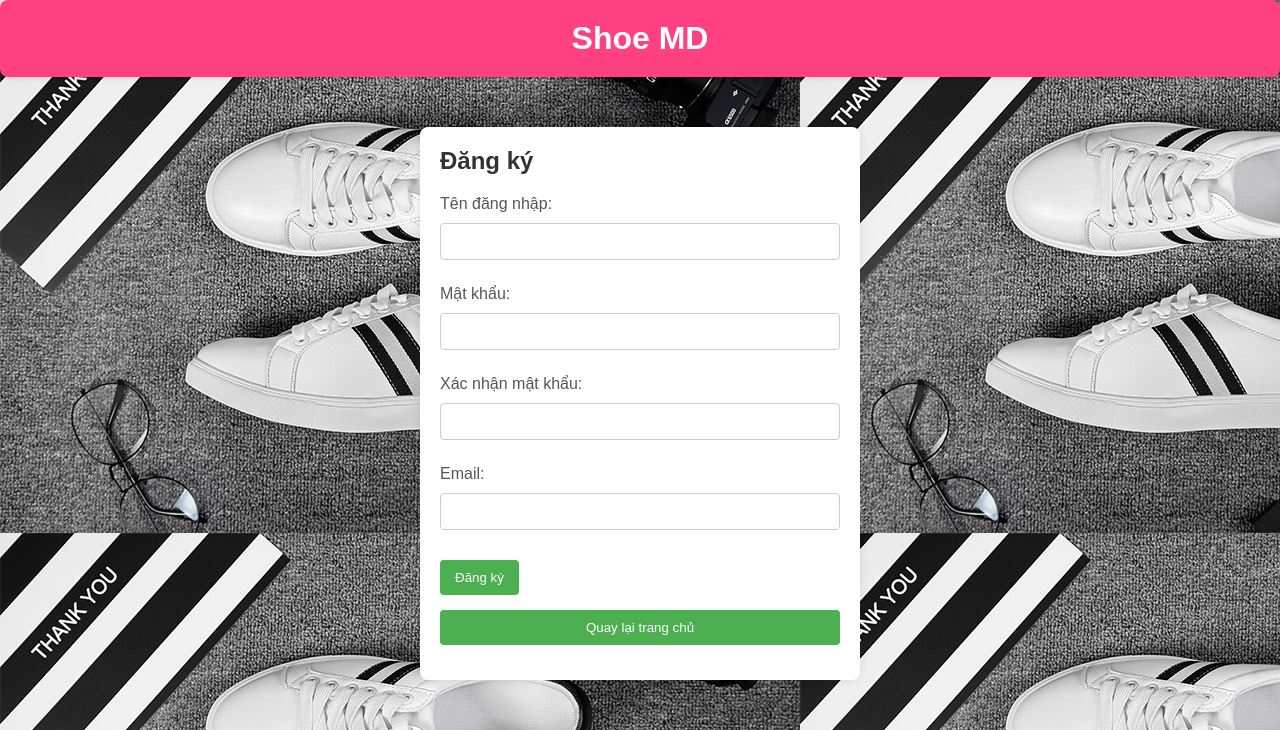
Repository: longsoisuaxe1a/shoe-md
Page: http://localhost/Project_Shoe/WEB-INF/view/form-register.jsp
An editor plug-in stored every save of this project. The page is shown before and after the next save, followed by the edit.
The browser window is 1280 px wide. The pictures show the whole page.
The page is served by Tomcat 9. Nobody is signed in. The template is opened directly, without the code that normally fills it, so the values that code supplies are empty.

Above is the page before, as saved 2023-12-21 03:20:16.

After the next save:
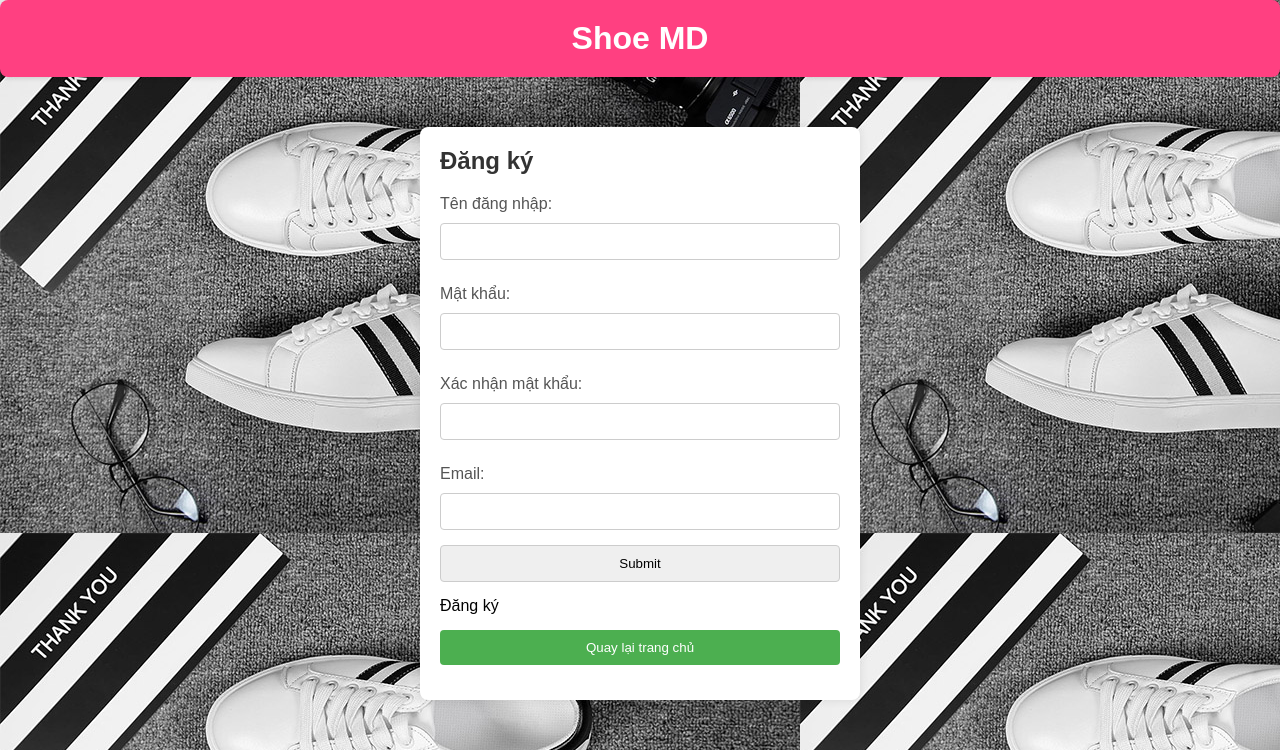
Saved 5 min 51 s later.
--- a/Project_Shoe/src/main/webapp/WEB-INF/view/form-register.jsp
+++ b/Project_Shoe/src/main/webapp/WEB-INF/view/form-register.jsp
@@ -63,7 +63,7 @@ body {
 
 			<form:hidden path="role" id="role" name="role"
 				required="required" />
-			<button type="submit">Đăng ký</button>
+			<input type="submit">Đăng ký</>
 			<input type="button"
 				onclick="window.location.href='index';return false"
 				value="Quay lại trang chủ"></input>
